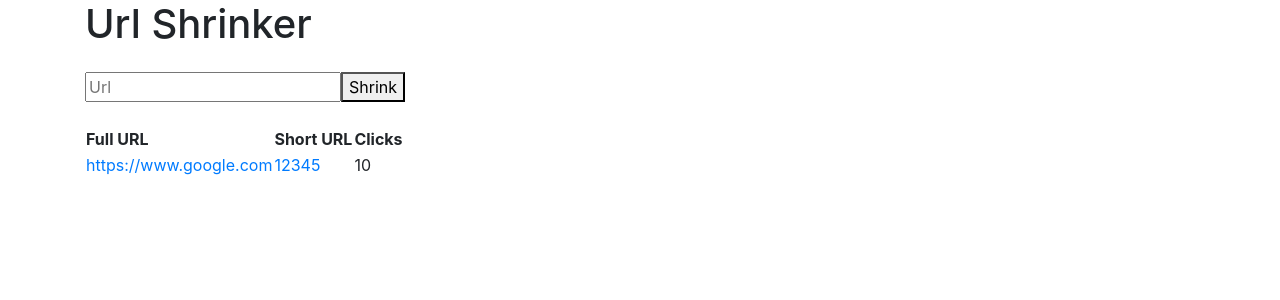
Repository: mohamediyas/urlShorter
Page: http://localhost/
The author's editor kept a copy of each file at every save. The page is drawn from the files as they stood at one save, then again after the next save.
The browser window is 1280 px wide. The pictures show the whole page.
The page is served by the project's Node server (index.js).

Above is the page before, as saved 2022-10-22 13:35:03.

### views/index.ejs
<!DOCTYPE html>
<html lang="en">
  <head>
    <meta charset="UTF-8" />
    <meta http-equiv="X-UA-Compatible" content="IE=edge" />

    <meta name="viewport" content="width=device-width, initial-scale=1.0" />

    <title>Document</title>
    <link
      rel="stylesheet"
      href="https://stackpath.bootstrapcdn.com/bootstrap/4.4.1/css/bootstrap.min.css"
      integrity="sha384-Vkoo8x4CGsO3+Hhxv8T/Q5PaXtkKtu6ug5TOeNV6gBiFeWPGFN9MuhOf23Q9Ifjh"
      crossorigin="anonymous"
    />
  </head>

  <body>
    <div class="container">
      <h1>Url Shrinker</h1>

      <form action="" method="post" class="my-4 form-inline">
        <label class="sr-only" for="fullUrl">Url</label>
        <input
          placeholder="Url"
          required
          type="url"
          name="fullUrl"
          id="fullUrl"
        />
        <button type="submit">Shrink</button>
      </form>

      <table>
        <thead>
          <tr>
            <th>Full URL</th>
            <th>Short URL</th>
            <th>Clicks</th>
          </tr>
        </thead>

        <tbody>
          <tr>
            <td>
              <a href="https://www.google.com">https://www.google.com</a>
            </td>
            <td>
              <a href="/12345">12345</a>
            </td>
            <td>10</td>
          </tr>
        </tbody>
      </table>
    </div>
  </body>
</html>

### index.js
const express = require("express");
const path = require("path");

const app = express();

app.set("view engine", "ejs");
// app.set("views", path.join(__dirname, "views"));

app.get("/", (req, res) => {
  res.render("index");
});

app.listen(process.env.PORT || 5000);

After the next save:
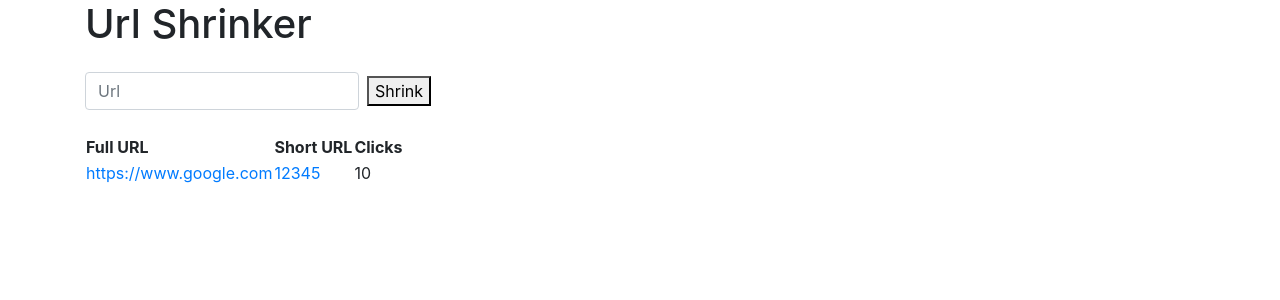
Saved 23 s later.
--- a/views/index.ejs
+++ b/views/index.ejs
@@ -27,6 +27,7 @@
           type="url"
           name="fullUrl"
           id="fullUrl"
+          class="form-control mr-2"
         />
         <button type="submit">Shrink</button>
       </form>
